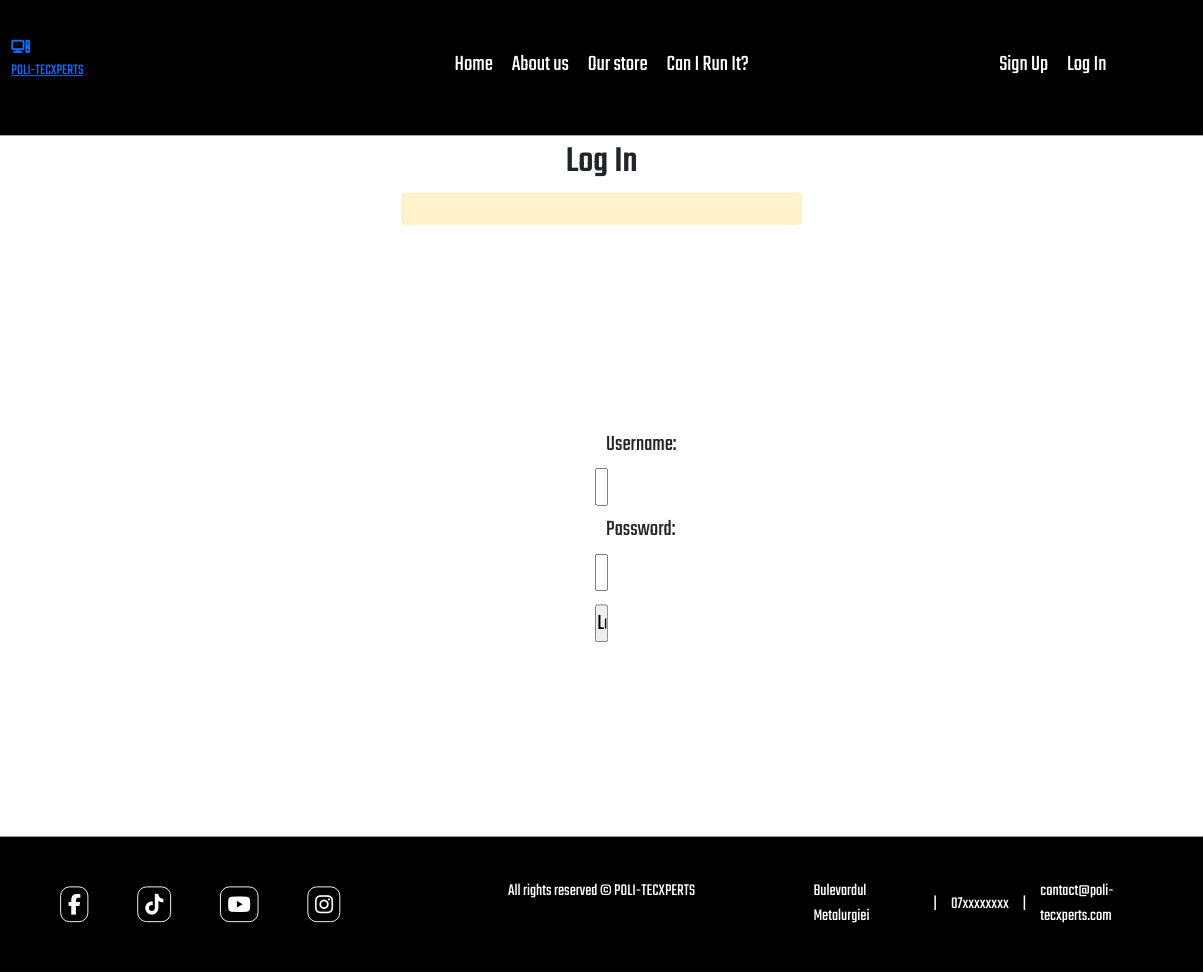
Repository: cristibtz/POLI_TECXPERTS
Page: login/login.html
These files come from the project's save history. The page is drawn as it stood at one moment and after the next save; the edit follows.
The browser window is 1280 px wide. The pictures show the whole page, at 94% of full size.

Above is the page before, as saved 2024-04-27 18:04:47.

After the next save:
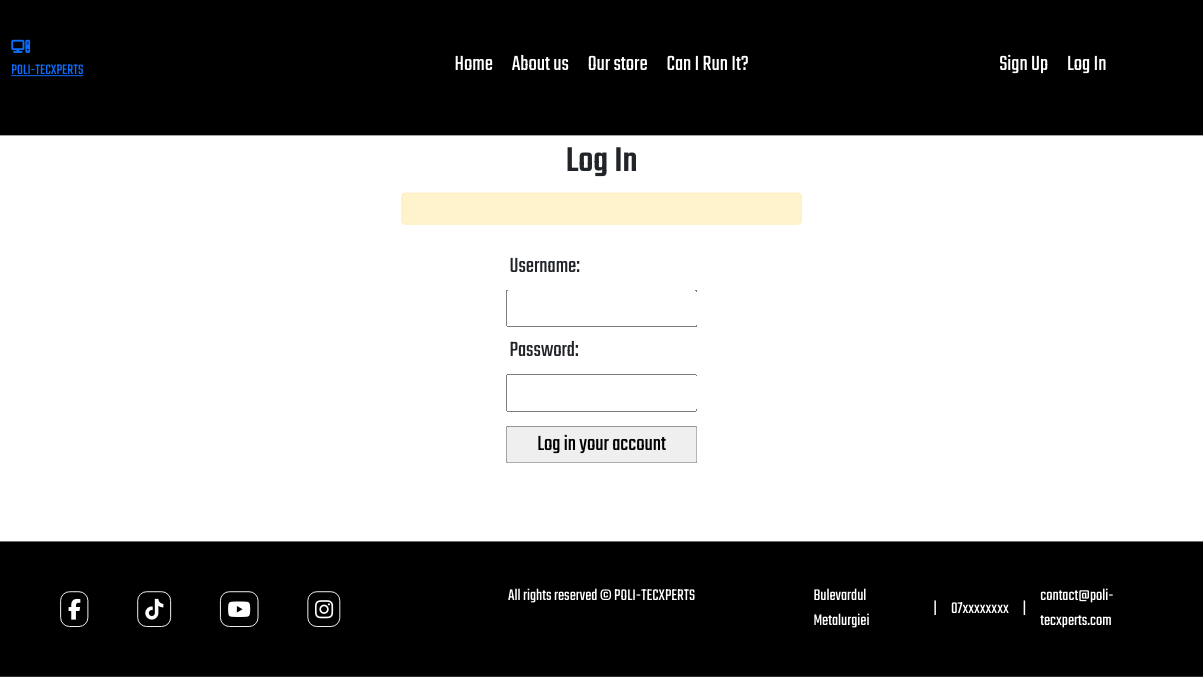
Saved 27 s later.
--- a/css/forms.css
+++ b/css/forms.css
@@ -7,7 +7,7 @@ form .row input {
 }
 
 form {
-    margin: 200px;
+    margin: 0.6rem;
 }
 
 label {
